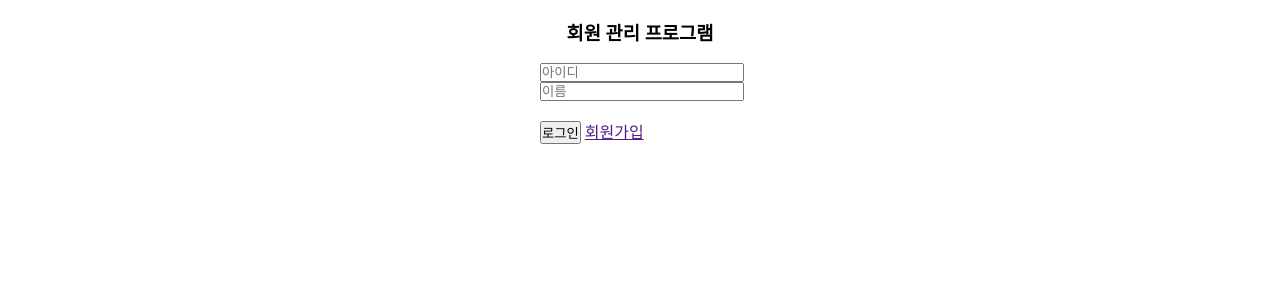
Repository: soeun1365/ServerProgram1
Page: http://localhost/ServerProgram1/login.jsp
These files come from the project's save history. The page is drawn as it stood at one moment and after the next save; the edit follows.
The browser window is 1280 px wide. The pictures show the whole page.
The page is served by Tomcat 9. Other server files are loaded and not shown.

Above is the page before, as saved 2021-06-14 06:30:22.

### ServerProgram1/WebContent/login.jsp
<%@ page language="java" contentType="text/html; charset=UTF-8"
    pageEncoding="UTF-8"%>
<!DOCTYPE html>
<html>
<head>
	<meta charset="UTF-8">
	<title>login</title>
	<style>
		*{
			padding: 0;
			margin: 0 auto;
		}
		h3{
			text-align: center;
		}
		form, input{
			width: 200px;
		}
	</style>
</head>
<body>

	<br>
	<h3>회원 관리 프로그램</h3><br>
	<form>

		<input type="text" placeholder="아이디"><br>
		<input type="text" placeholder="이름"><br>
		<br>
		<button>로그인</button>
		<a href="">회원가입</a>
	</form>
</body>
</html>

After the next save:
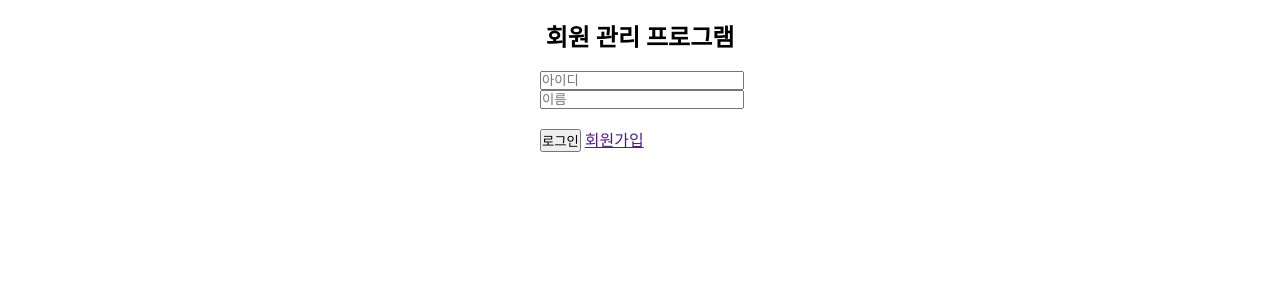
Saved 7 s later.
--- a/ServerProgram1/WebContent/login.jsp
+++ b/ServerProgram1/WebContent/login.jsp
@@ -10,7 +10,7 @@
 			padding: 0;
 			margin: 0 auto;
 		}
-		h3{
+		h2{
 			text-align: center;
 		}
 		form, input{
@@ -21,7 +21,7 @@
 <body>
 
 	<br>
-	<h3>회원 관리 프로그램</h3><br>
+	<h2>회원 관리 프로그램</h2><br>
 	<form>
 
 		<input type="text" placeholder="아이디"><br>
